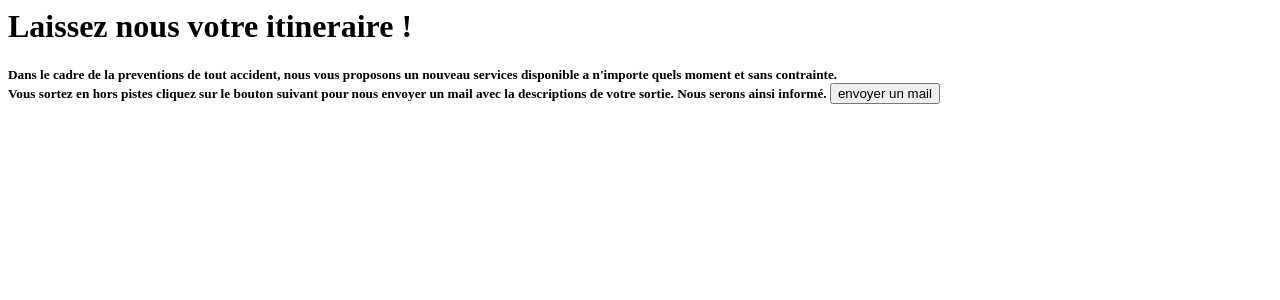
Repository: numericgraphics/Rosiere_Service
Page: www/templates/itineraires.html
The author's editor kept a record of every edit. The page is drawn from the files as they stood at one moment, then again after the next edit.
The browser window is 1280 px wide. The pictures show the whole page.

Above is the page before.

After the next edit:
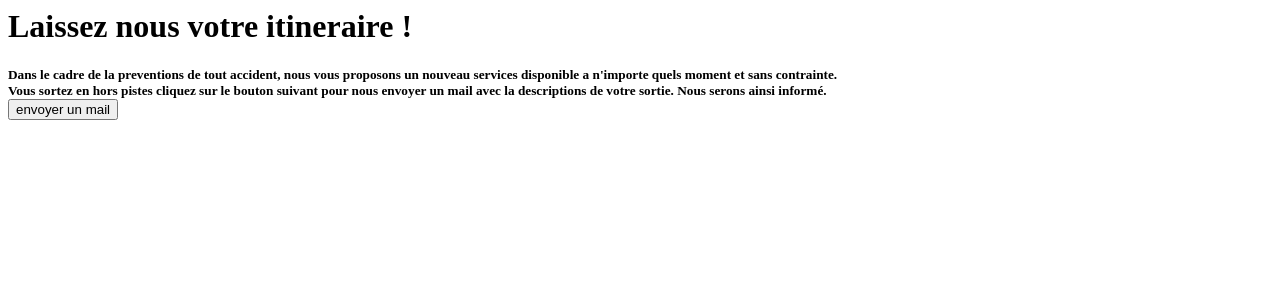
The edit:
--- a/www/templates/itineraires.html
+++ b/www/templates/itineraires.html
@@ -8,7 +8,10 @@
           <h5>Dans le cadre de la preventions de tout accident, nous vous proposons un nouveau services disponible a n'importe quels moment et sans contrainte.
           </br> Vous sortez en hors pistes cliquez sur le bouton suivant pour nous envoyer un mail avec la descriptions de votre sortie. Nous serons ainsi informé.
           </row>
+          </<div>
+
           <row>
+          <div class="col">
           <button class="button button-positive">
             envoyer un mail
           </button>
